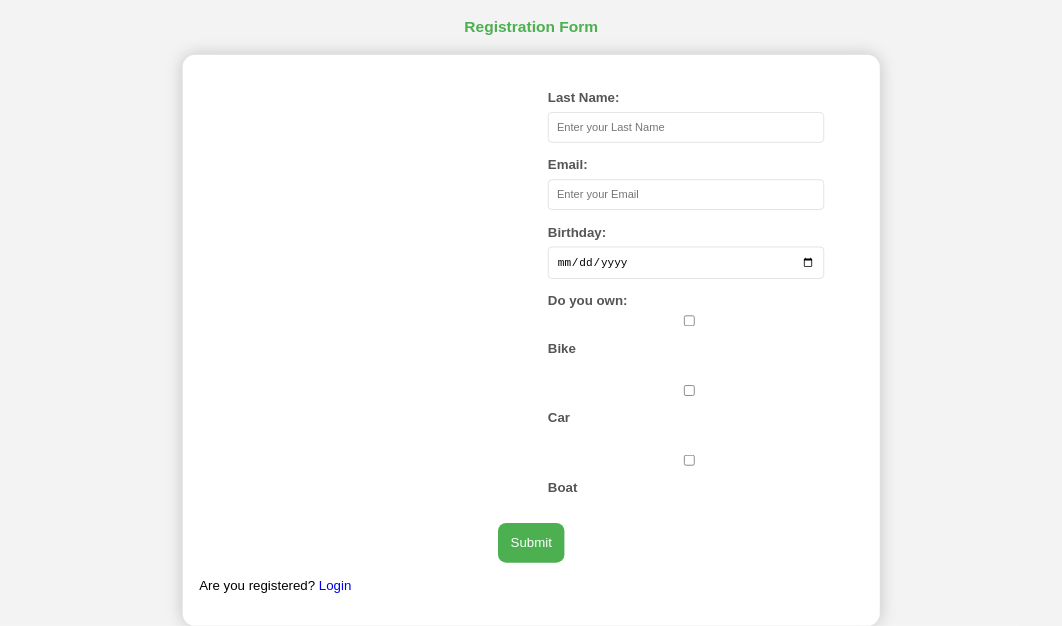
Repository: alizey12/Regestratin-Form-js
Page: regester.html
The author's editor kept a copy of each file at every save. The page is drawn from the files as they stood at one save, then again after a run of saves.
The browser window is 1280 px wide. The pictures show the whole page, at 83% of full size.

Above is the page before, as saved 2024-11-29 18:41:18.

### regester.html
<!DOCTYPE html>
<html lang="en">
<head>
    <meta charset="UTF-8">
    <meta name="viewport" content="width=device-width, initial-scale=1.0">
    <link rel="stylesheet" href="regester.css">
    <title>Registration Form</title>
</head>
<body>
    <h3>Registration Form</h3>
    <div class="main">
        <form action="">
            <div class="grid-container">
                <div>

                </div>
                <div>
                    <label for="second">Last Name:</label>
                    <input type="text" id="second" name="second" placeholder="Enter your Last Name" required>

                    <label for="email">Email:</label>
                    <input type="email" id="email" name="email" placeholder="Enter your Email" required>

                    <label for="birthday">Birthday:</label>
                    <input type="date" id="birthday" name="birthday">

                    <label>Do you own:</label>
                    <input type="checkbox" id="vehicle1" name="vehicle1" value="Bike">
                    <label for="vehicle1">Bike</label><br>
                    <input type="checkbox" id="vehicle2" name="vehicle2" value="Car">
                    <label for="vehicle2">Car</label><br>
                    <input type="checkbox" id="vehicle3" name="vehicle3" value="Boat">
                    <label for="vehicle3">Boat</label>
                </div>
            </div>
            <div class="wrap">
                <button type="submit">Submit</button>
            </div>
        </form>
        <p>Are you registered?
            <a href="signin.html" style="text-decoration: none;">Login</a>
        </p>
    </div>
</body>
</html>

### regester.css
body {
    display: flex;
    align-items: center;
    justify-content: center;
    font-family: sans-serif;
    line-height: 1.5;
    min-height: 100vh;
    background: #f3f3f3;
    flex-direction: column;
    margin: 0;
}

.main {
    background-color: #fff;
    border-radius: 15px;
    box-shadow: 0 0 20px rgba(0, 0, 0, 0.2);
    padding: 20px;
    transition: transform 0.2s;
    width: 800px;
}

h3 {
    color: #4CAF50;
    text-align: center;
}

label {
    display: block;
    margin-top: 10px;
    margin-bottom: 5px;
    text-align: left;
    color: #555;
    font-weight: bold;
}

input {
    display: block;
    width: 90%;
    margin-bottom: 15px;
    padding: 10px;
    box-sizing: border-box;
    border: 1px solid #ddd;
    border-radius: 5px;
}

button {
    padding: 15px;
    border-radius: 10px;
    margin-top: 15px;
    border: none;
    color: white;
    cursor: pointer;
    background-color: #4CAF50;
    font-size: 16px;
}

.wrap {
    display: flex;
    justify-content: center;
    align-items: center;
}

.grid-container {
    display: grid;
    grid-template-columns: 1fr 1fr;
    gap: 20px;
}

.grid-container div {
    padding: 10px;
}

After the next 2 saves:
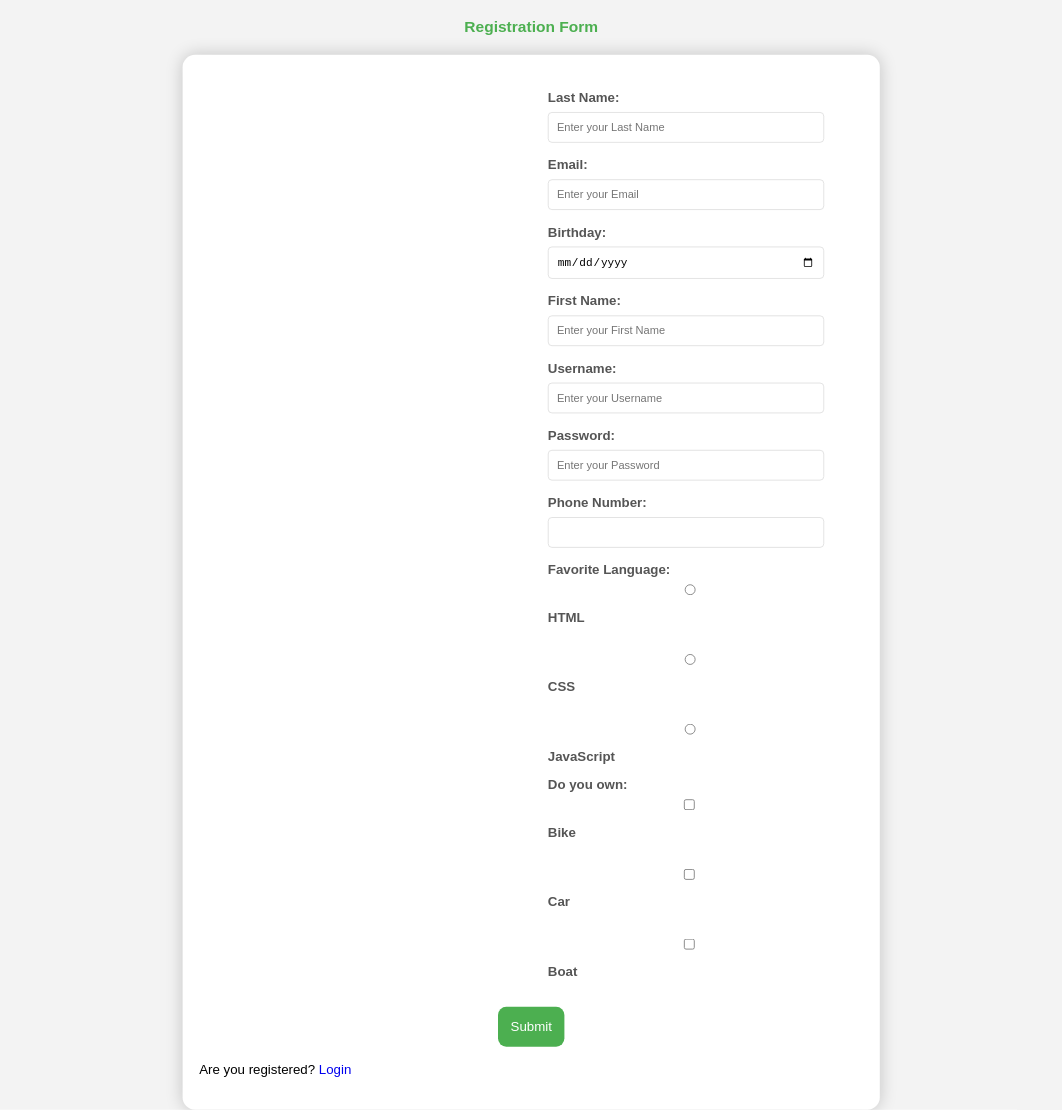
The 2 saves are shown as one change because they came seconds apart.
The last was saved 8 s later.
--- a/regester.html
+++ b/regester.html
@@ -24,6 +24,27 @@
                     <label for="birthday">Birthday:</label>
                     <input type="date" id="birthday" name="birthday">
 
+
+                    <label for="first">First Name:</label>
+                    <input type="text" id="first" name="first" placeholder="Enter your First Name" required>
+
+                    <label for="username">Username:</label>
+                    <input type="text" id="username" name="username" placeholder="Enter your Username" required>
+
+                    <label for="password">Password:</label>
+                    <input type="password" id="password" name="password" placeholder="Enter your Password" required>
+
+                    <label for="quantity">Phone Number:</label>
+                    <input type="number" id="quantity" name="quantity" min="1" max="15">
+
+                    <label for="fav_language">Favorite Language:</label>
+                    <input type="radio" id="html" name="fav_language" value="HTML">
+                    <label for="html">HTML</label><br>
+                    <input type="radio" id="css" name="fav_language" value="CSS">
+                    <label for="css">CSS</label><br>
+                    <input type="radio" id="javascript" name="fav_language" value="JavaScript">
+                    <label for="javascript">JavaScript</label>
+
                     <label>Do you own:</label>
                     <input type="checkbox" id="vehicle1" name="vehicle1" value="Bike">
                     <label for="vehicle1">Bike</label><br>
